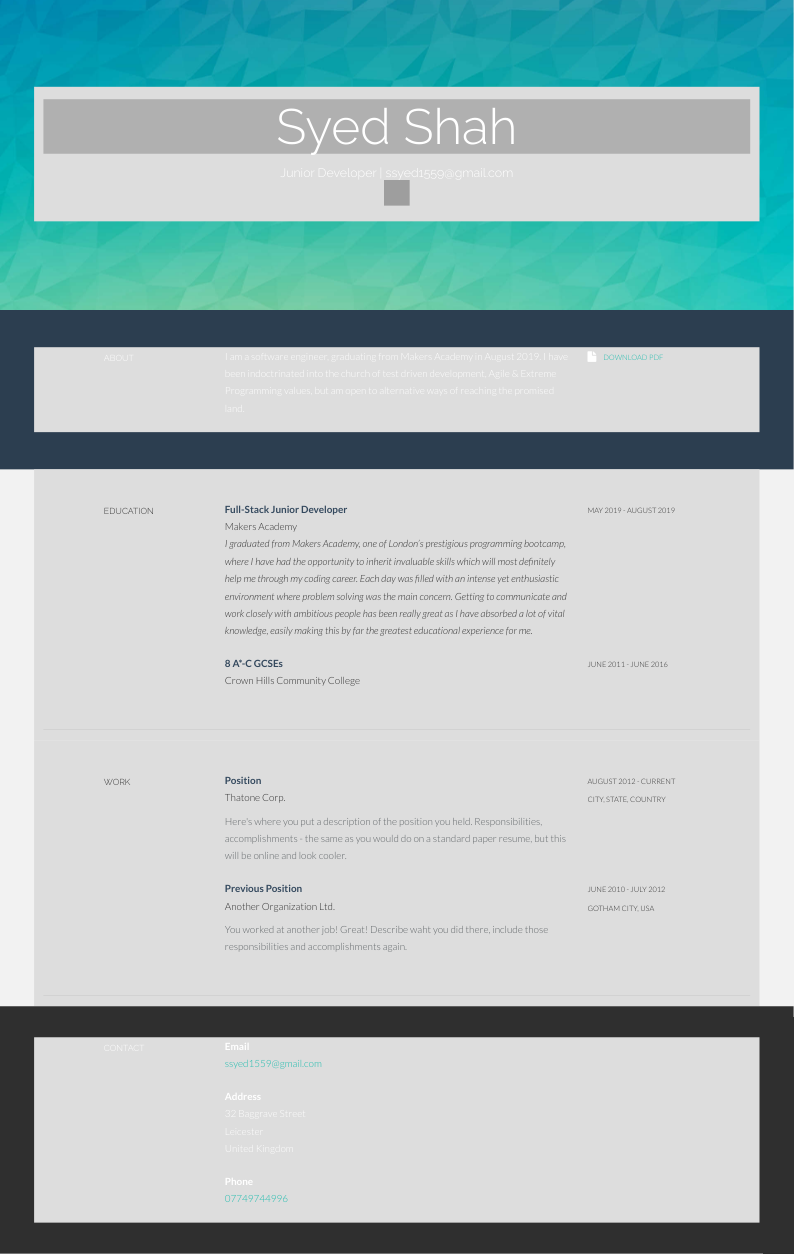
Repository: Syed-A-Shah/Resume
Page: index.html
The author's editor kept a record of every edit. The page is drawn from the files as they stood at one moment, then again after the next edit.
The browser window is 1280 px wide. The pictures show the whole page, at 62% of full size.
Pictures or frames that could not be fetched are drawn as grey boxes.

Above is the page before.

After the next edit:
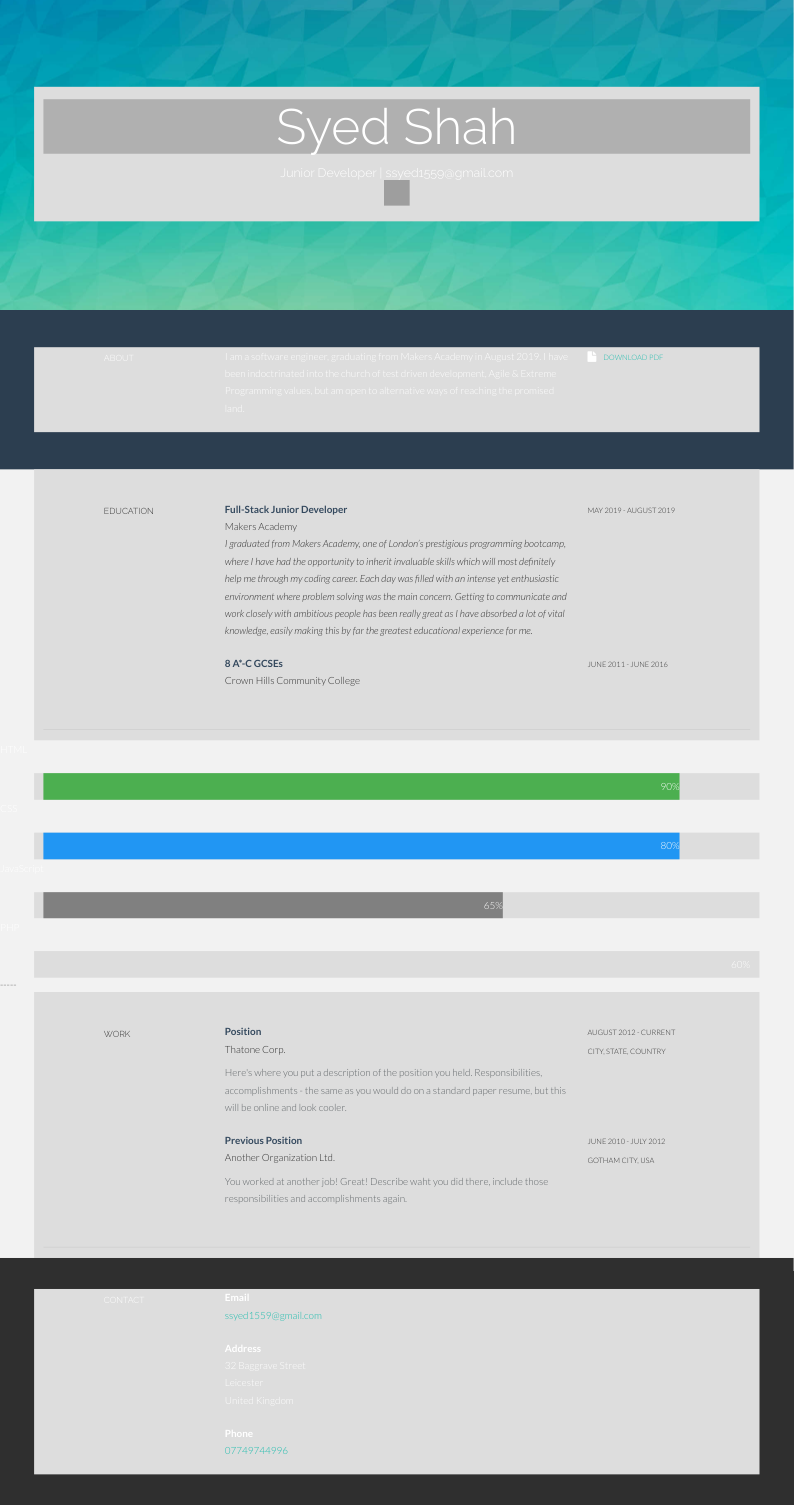
The edit:
--- a/index.html
+++ b/index.html
@@ -128,6 +128,26 @@
 	</div><!--/.container -->
 
 	<!-- WORK SECTION -->
+		<p>HTML</p>
+	<div class="container">
+	  <div class="skills html">90%</div>
+	</div>
+
+	<p>CSS</p>
+	<div class="container">
+	  <div class="skills css">80%</div>
+	</div>
+
+	<p>JavaScript</p>
+	<div class="container">
+	  <div class="skills js">65%</div>
+	</div>
+
+	<p>PHP</p>
+	<div class="container">
+	  <div class="skills php">60%</div>
+	</div>
+	-----
 	<div class="container desc">
 		<div class="row">
 
